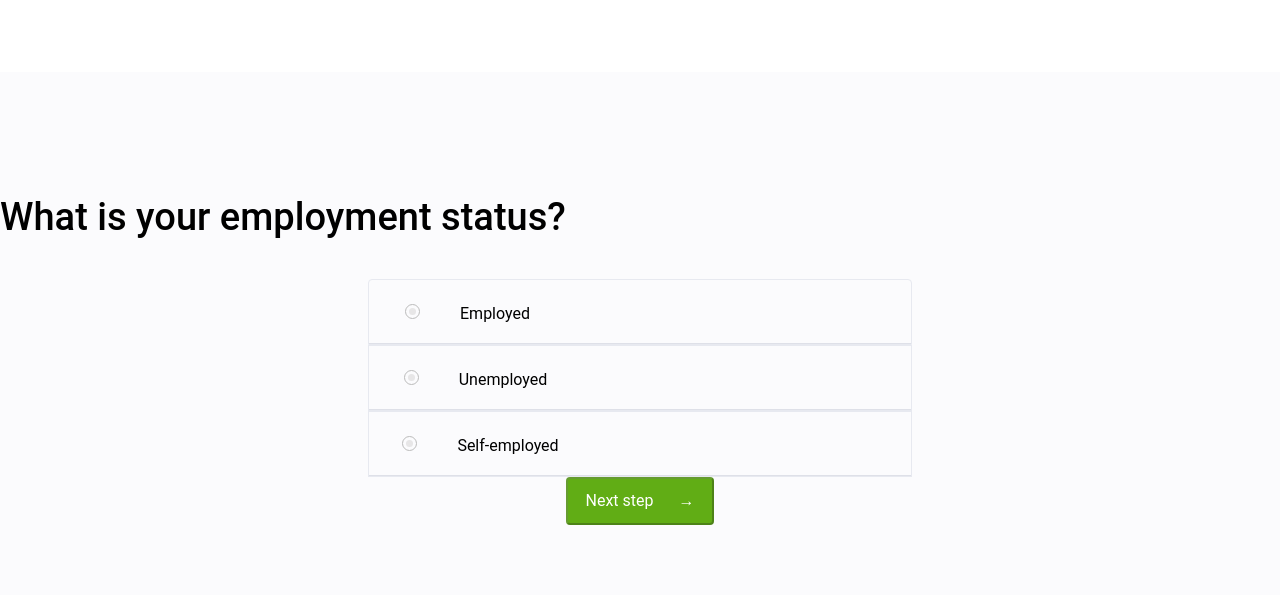
Repository: andbilous/task-survey
Page: /employment-status
These files come from the project's save history. The page is drawn as it stood at one moment and after the next save; the edit follows.
The browser window is 1280 px wide. The pictures show the whole page.
The project was rebuilt for these pictures with package versions that can differ from the ones it lists, and the page was loaded fresh each time. Also part of the build but not shown: src/pages/FillingStatus.jsx, src/pages/Proprietorships.jsx, src/pages/Score.jsx.

Above is the page before, as saved 2020-06-18 19:00:59.

### src/App.js
import React from 'react';
import { Provider } from 'react-redux'
import { store } from './redux/store'
import {
  BrowserRouter as Router,
  Switch,
  Route,
} from "react-router-dom";
import './App.css';
import {Header} from './components/Header';
import {EmploymentStatusPage} from './pages/EmploymentStatus';
import {FillingStatusPage} from './pages/FillingStatus';
import {ProprietorshipsPage} from './pages/Proprietorships';
import {ScorePage} from './pages/Score';


function App() {
  return (
    <Router>
    <Provider store={store}>
    <Switch>
    <div className="App">
      <Header/>
      <Route path="/employment-status">
            <EmploymentStatusPage />
          </Route>
          <Route path="/filling-status">
            <FillingStatusPage />
          </Route>
          <Route path="/proprietorship">
            <ProprietorshipsPage />
          </Route>
          <Route path="/score">
            <ScorePage />
          </Route>
    </div>
    </Switch>
    </Provider>
    </Router>
  );
}

export default App;

### src/redux/store.js
import { applyMiddleware, createStore } from 'redux';
import logger from 'redux-logger';
import thunk from 'redux-thunk';

import { rootReducer } from './rootReducer';

const middleware = [thunk, logger];

export const store = createStore(rootReducer, applyMiddleware(...middleware));

### src/App.css
* {
  text-align: center;
  box-sizing: border-box;
  font-family: Roboto;
  font-style: normal;
  font-weight: normal;
}
body{
  background-color:  #FBFBFD;
}
h2{
  font-family: Roboto;
font-style: normal;
font-weight: 500;
font-size: 38px;
line-height: 60px;
display: flex;
align-items: center;
text-align: center;
background-color:  #FBFBFD;
}
.list-item{
  width: 544px;
  height: 66px;
  border: 1px solid #E7E9F0;
  padding-top: 21px;
  box-shadow: inset 0px -1px 0px #DEE0E8;
}
input[type="radio"] {
  /* remove standard background appearance */
  -webkit-appearance: none;
  -moz-appearance: none;
  appearance: none;
  /* create custom radiobutton appearance */
  display: inline-block;
  width: 15px;
  height: 15px;
  padding: 3px;
  /* background-color only for content */
  background-clip: content-box;
  border: 1px solid #bbbbbb;
  background-color: #e7e6e7;
  border-radius: 50%;
}

/* appearance for checked radiobutton */
input[type="radio"]:checked {
  background-color: #61AD15;
}

### src/components/Header.jsx
import React from "react";
import { connect } from "react-redux";

const Header = ({ progress }) => {
  return (
    <>
      <div style={styles.general} />
      <div
        style={{
          width: `${progress}%`,
          height: "75px",
          backgroundColor: "#61AD15",
        }}
      ></div>
    </>
  );
};

const styles = {
  general: {
    position: "absolute",
    left: "0%",
    right: "0%",
    top: "0%",
    bottom: "0%",
    height: "72px",
    backgroundColor: "#fff",
  },
};

const HeaderContainer = connect(
  (state) => ({
    progress: state.surveyReducer.progress,
  }),
  (dispatch) => ({})
)(Header);

export { HeaderContainer as Header };

### src/pages/EmploymentStatus.jsx
import React, { useState } from "react";
import { useHistory } from "react-router-dom";
import { connect } from "react-redux";
import Footer from "../components/Footer";
import { setEmploymentStatus } from "../redux/survey/actions";

const EmploymentStatusPage = ({ setEmploymentStatus }) => {
  const history = useHistory();
  const [disableFooter, setDisableFooter] = useState(true);
  const [value, setValue] = useState("");

  const navigateNextPage = () => {
    if (value === "Employed" || value === "Unemployed") {
      history.push("/filling-status");
    } else {
      history.push("/proprietorship");
    }
  };

  const handleChange = (value) => {
    console.log(value);
    setDisableFooter(false);
    setEmploymentStatus(value);
    setValue(value);
  };
  return (
    <div style={{ marginTop: "7rem" }}>
      <h2>What is your employment status?</h2>
      <form>
        <div
          style={styles.parent}
          className="radio"
        >
          <label className="list-item" style={{paddingRight: '350px',borderRadius: '4px 4px 0px 0px'}}>
            <input
              style={styles.input}
              onClick={() => handleChange("Employed")}
              name="1"
              type="radio"
              value="Employed"
            />
            Employed
          </label>
          <label className="list-item" style={{
            paddingRight: '334px'
            }}>
            <input
              style={styles.input}
              onClick={() => handleChange("Unemployed")}
              name="1"
              type="radio"
              value="Unemployed"
            />
            Unemployed
          </label>
          <label className="list-item" style={{paddingRight: '324px',  boxShadow: 'inset 0px -1px 0px #DEE0E8'}}>
            <input
              style={styles.input}
              onClick={() => handleChange("SelfEmployed")}
              name="1"
              type="radio"
              value="SelfEmployed"
            />
            Self-employed
          </label>
          </div>
      </form>
      <Footer disable={disableFooter} navigateNextPage={navigateNextPage} />
    </div>
  );
};

const styles = {
  parent: {
    marginTop: "2rem",
    display: "flex",
    flexDirection: "column",
    alignItems: "center",
    textAlign: "center",
  },
  item: {
    width: "544px",
    height: "66px",
    border: "1px solid black",
    paddingTop: '21px',
  },
  input :{
    marginRight: '40px'
  }
};

const EmploymentStatusPageContainer = connect(
  (state) => ({}),
  (dispatch) => ({
    setEmploymentStatus: (value) => dispatch(setEmploymentStatus(value)),
  })
)(EmploymentStatusPage);

export { EmploymentStatusPageContainer as EmploymentStatusPage };

### src/redux/rootReducer.js
import { combineReducers } from 'redux'
import surveyReducer from './survey/reducer'

export const rootReducer = combineReducers({
  surveyReducer
})

### src/components/Footer.jsx
import React from "react";

const Footer = ({ disable, navigateNextPage, navigatePrevPage }) => {
  if (navigatePrevPage && navigateNextPage) {
    return (
      <div style={styles.general}>
        <button
          disabled={disable}
          onClick={() => {
            navigatePrevPage();
          }}
        >
          Prev step
        </button>
        <button
          disabled={disable}
          onClick={() => {
            navigateNextPage();
          }}
        >
          Next step
        </button>
      </div>
    );
  }
  if (navigatePrevPage && !navigateNextPage) {
    return (
      <button
        disabled={disable}
        onClick={() => {
          navigatePrevPage();
        }}
      >
        Prev step
      </button>
    );
  }
  if (!navigatePrevPage && navigateNextPage) {
    return (
      <button
        style={styles.button}
        disabled={disable}
        onClick={() => {
          navigateNextPage();
        }}
      >
        <span>Next step</span>
        <span style={styles.arrow}>&#8594;</span>
      </button>
    );
  }
};

const styles = {
  general: {
    position: "absolute",
    bottom: "0",
    width: "100%",
    height: "2.5rem",
    backgroundColor: "#fff",
  },
  button: {
    color: "#fff",
    width: "148px",
    height: "48px",
    background: "#61AD15",
    textAlign: "center",
    fontSize: "16px",
    lineHeight: "26px",
    borderRadius: "4px",
  },
  arrow: {
    marginLeft: '25px',
    transform: "matrix(1, 0, 0, -1, 0, 0)",
  },
};

export default Footer;

### src/redux/survey/actions.js
import types from './types';

export const setEmploymentStatus = (value) => {
    if(value === 'Employed'){
      return {
        type: types.SET_EMPLOYMENT_STATUS,
        employmentStatus: value,
        count: 10,

      }
    }
      if(value === 'Unemployed'){
        return {
          type: types.SET_EMPLOYMENT_STATUS,
          employmentStatus: value,
          count: 20
        }
      }
        if(value === 'SelfEmployed'){
          return {
            type: types.SET_EMPLOYMENT_STATUS,
            employmentStatus: value,
            count: 30
          }
    }
};

export const setProprietorshipsCount = (value) => ({
    type: types.SET_PROPRIETORSHIPS_MULTIPLIER,
    multiplier: value
})

export const setFillingStatus = (values) =>{
  if(!values.length){
    return {
      type: types.SET_FILLING_STATUS,
      count: 0
    }
}
  if(values.length===1){
    return {
      type: types.SET_FILLING_STATUS,
      count: 10
    }
}
  return {
    type: types.SET_FILLING_STATUS,
    count: (values.length)*5
  }
}

export const displayResult = () =>({
  type: types.DISPLAY_RESULT
})

### src/redux/survey/reducer.js
import types from './types'

const initialValues = {
  count: 0,
  employmentStatus:'',
  progress: 0
}

const surveyReducer = (state = initialValues, action) => {
  switch (action.type) {
    case types.SET_EMPLOYMENT_STATUS:
      return {
        ...state,
        count: state.count + action.count,
        employmentStatus: action.employmentStatus,
        progress: 30
      }
      case types.SET_PROPRIETORSHIPS_MULTIPLIER:
        return {
          ...state,
          count: state.count * action.multiplier,
          progress: 50
        }
        case types.SET_FILLING_STATUS:
        return {
          ...state,
          count: state.count + action.count,
          progress: 70
        }
        case types.DISPLAY_RESULT:
        return {
          ...state,
          progress: 100
        }

    default:
      return state
  }
}

export default surveyReducer;

### src/redux/survey/types.js
const types = {
  SET_EMPLOYMENT_STATUS:'SET_EMPLOYMENT_STATUS',
  SET_PROPRIETORSHIPS_MULTIPLIER: 'SET_PROPRIETORSHIPS_MULTIPLIER',
  SET_FILLING_STATUS: 'SET_FILLING_STATUS',
  DISPLAY_RESULT: 'DISPLAY_RESULT'
}

export default types;

Loaded but not shown: public/index.html (common file); src/index.js (common file); src/index.css (common file); src/serviceWorker.js (common file)

After the next save:
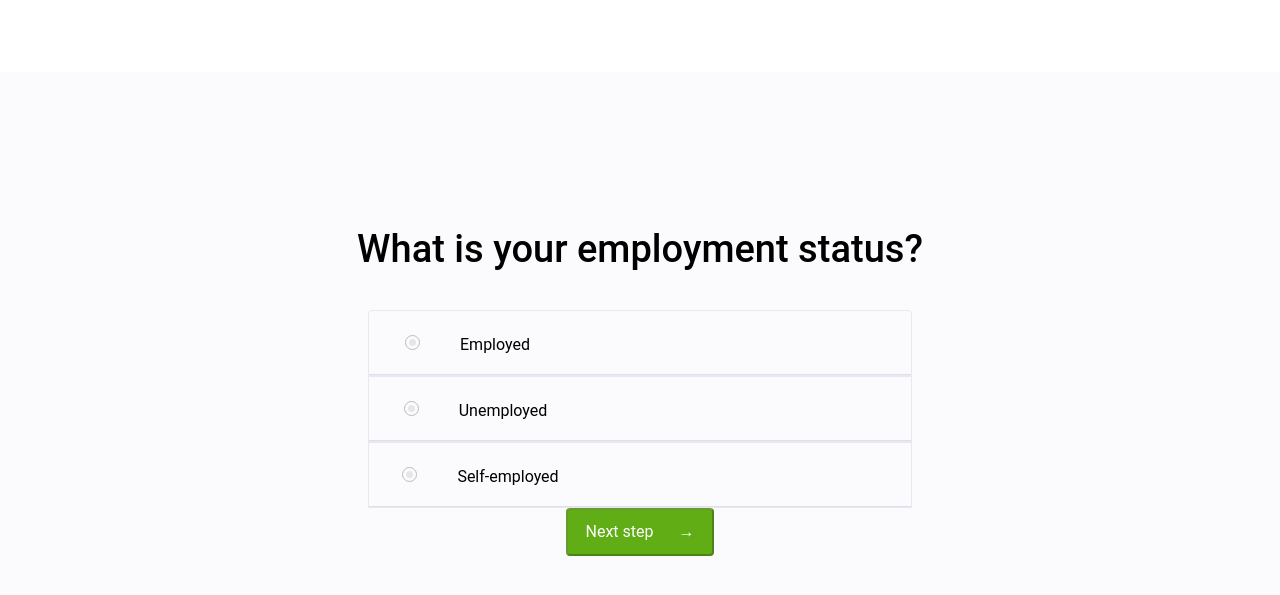
Saved 9 min 36 s later.
--- a/src/pages/EmploymentStatus.jsx
+++ b/src/pages/EmploymentStatus.jsx
@@ -25,12 +25,13 @@ const EmploymentStatusPage = ({ setEmploymentStatus }) => {
   };
   return (
     <div style={{ marginTop: "7rem" }}>
-      <h2>What is your employment status?</h2>
+
       <form>
         <div
           style={styles.parent}
           className="radio"
         >
+          <h2>What is your employment status?</h2>
           <label className="list-item" style={{paddingRight: '350px',borderRadius: '4px 4px 0px 0px'}}>
             <input
               style={styles.input}
